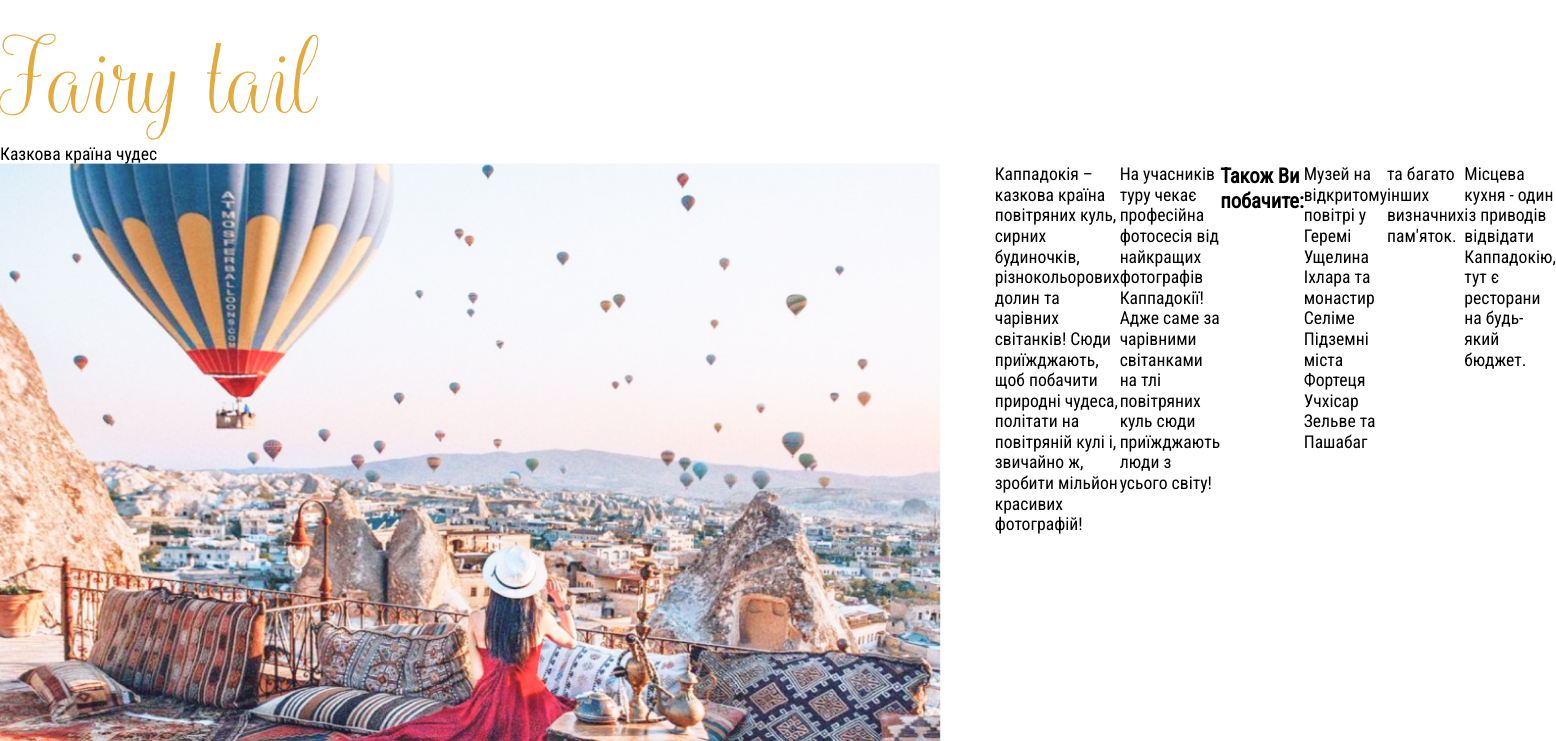
Repository: KYUUBI-K/cappadocia
Page: index.html
The author's editor kept a copy of each file at every save. The page is drawn from the files as they stood at one save, then again after the next save.
The browser window is 1280 px wide. The page is 1588 px wide, so the pictures cover 1588 px, including what lies to the right of the window. The pictures show the part of the page from y = 902 to 1658 px (the page is 1769 px tall), at 98% of full size.

Above is the page before, as saved 2025-08-17 18:55:15.

After the next save:
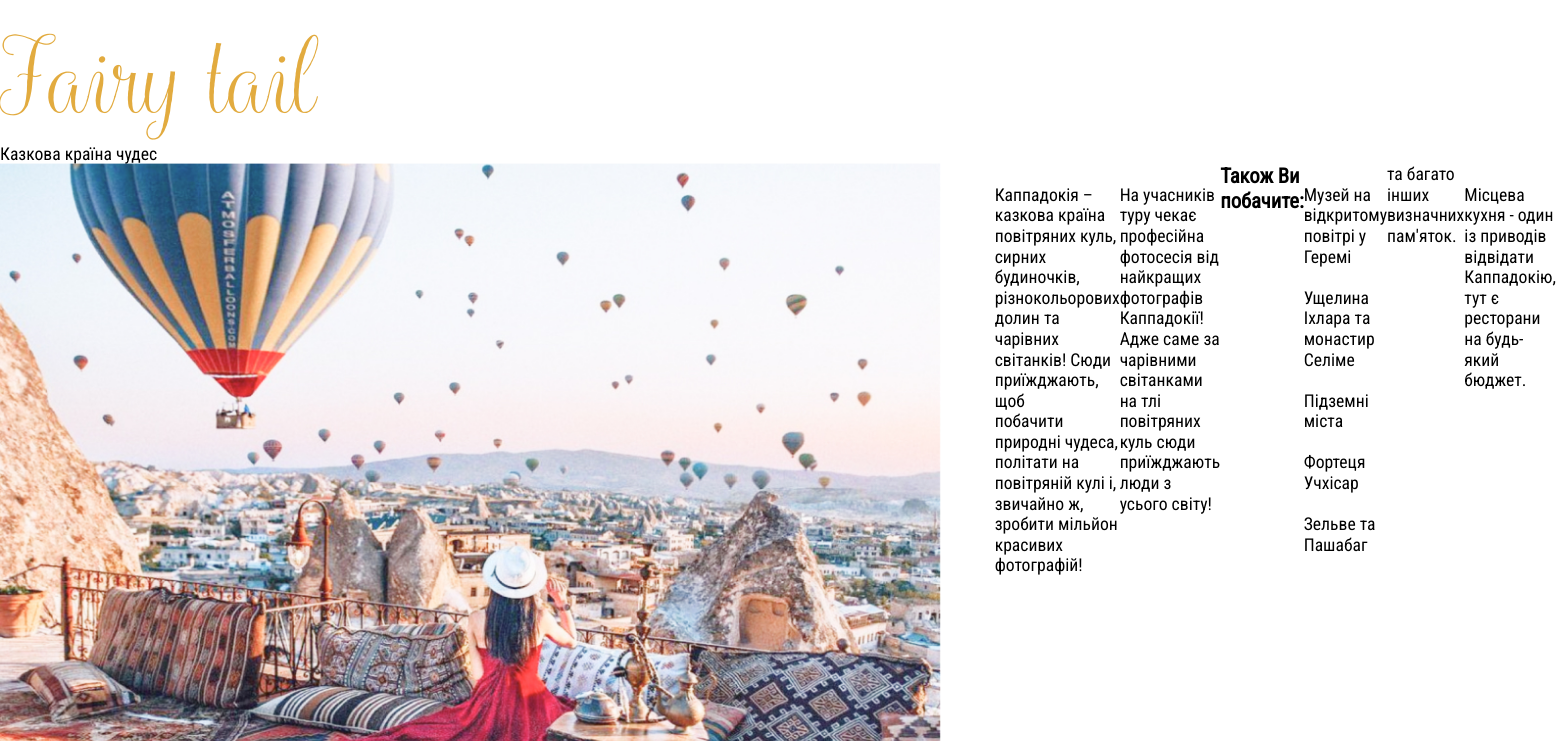
Saved 93 s later.
--- a/styles.css
+++ b/styles.css
@@ -202,6 +202,7 @@ body {
   column-gap: 55px;
 }
 .about-text {
-  display: flex;
-  row-gap: 50px;
-}
+  white-space: pre-line;
+  display: flex;
+  /* row-gap: 50px; */
+}
